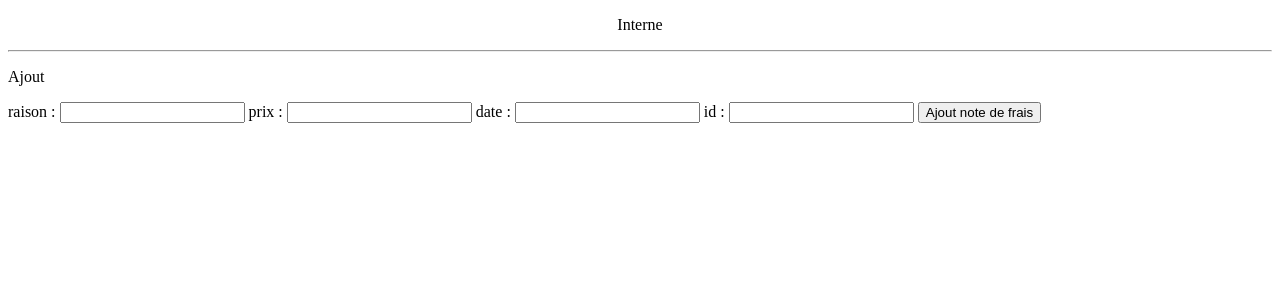
Repository: Shakibaei-2020/CRA_JEE_FINAL
Page: http://localhost/jee_crainfocom/ControleInterneGestionFrais
These files come from the project's save history. The page is drawn as it stood at one moment and after the next save; the edit follows.
The browser window is 1280 px wide. The pictures show the whole page.
The page is served by Tomcat 9. Other server files are loaded and not shown.

Above is the page before, as saved 2021-04-08 10:57:35.

### CRA_JEE_FINAL/jee_crainfocom/src/main/webapp/WEB-INF/AccueilInterne.jsp
<%@ page language="java" contentType="text/html; charset=ISO-8859-1"
    pageEncoding="ISO-8859-1"%>
<!DOCTYPE html>
<html>
<head>
<meta charset="ISO-8859-1">
<title>Insert title here</title>
</head>
<body>
<center><p>Interne</p></center>
<hr>
<p>Ajout</p>
<form method="post" action="ControleInterneGestionFrais" >

            <label for="raisonIn">raison : </label>
            <input type="text" name="raisonIn" id="raisonIn" />

            <label for="mailIn">prix : </label>
            <input type="text" name="prixIn" id="prixlIn" />

            <label for="dateIn">date : </label>
            <input type="text" name="dateIn" id="dateIn" />

   			<label for="idId">id : </label>
            <input type="text" name="idIn" id="idIn" />

            <input type="submit" value="Ajout note de frais" />
</form>


</body>
</html>

### CRA_JEE_FINAL/jee_crainfocom/src/main/java/com/infocom/controller/Collaborateur/ControleInterneGestionFrais.java
package com.infocom.controller.Collaborateur;
import java.io.IOException;
import java.sql.SQLException;
import java.text.ParseException;
import java.text.SimpleDateFormat;
import java.sql.Date;

import javax.servlet.ServletException;
import javax.servlet.annotation.WebServlet;
import javax.servlet.http.HttpServlet;
import javax.servlet.http.HttpServletRequest;
import javax.servlet.http.HttpServletResponse;
import com.infocom.model.NoteDeFrais;
import com.infocom.model.DAO.NoteDeFraisDAO;


@WebServlet("/ControleInterneGestionFrais")
public class ControleInterneGestionFrais extends HttpServlet {
	private static final long serialVersionUID = 1L;

    public ControleInterneGestionFrais() {
        super();
    }



	protected void doGet(HttpServletRequest request, HttpServletResponse response) throws ServletException, IOException {

        this.getServletContext().getRequestDispatcher("/WEB-INF/AccueilInterne.jsp").forward(request, response);
	}


	protected void doPost(HttpServletRequest request, HttpServletResponse response) throws ServletException, IOException {


		String buttonClicked = request.getParameter("button_clicked");

		if(buttonClicked != null) {
		switch(buttonClicked) {
		case "ajoutFrais":

			String raisonIn =request.getParameter("raisonIn");
	        Double prixIn = Double.parseDouble(request.getParameter("prixIn"));
	        String dateIn = request.getParameter("dateIn");
	        int idIn = Integer.parseInt(request.getParameter("idIn"));

	        Date date=Date.valueOf(dateIn);

	        NoteDeFrais noteDeFrais = new NoteDeFrais(5,raisonIn,prixIn,date, idIn);
	        NoteDeFraisDAO noteDeFraisDAO = new NoteDeFraisDAO();

			try {
				noteDeFraisDAO.insertFrais(noteDeFrais);
			} catch (SQLException e) {
				e.printStackTrace();
			}


			     this.doGet(request, response);
			     return;
			}

	}

		        this.getServletContext().getRequestDispatcher("/WEB-INF/AccueilInterne.jsp").forward(request, response);
	}

}

After the next save:
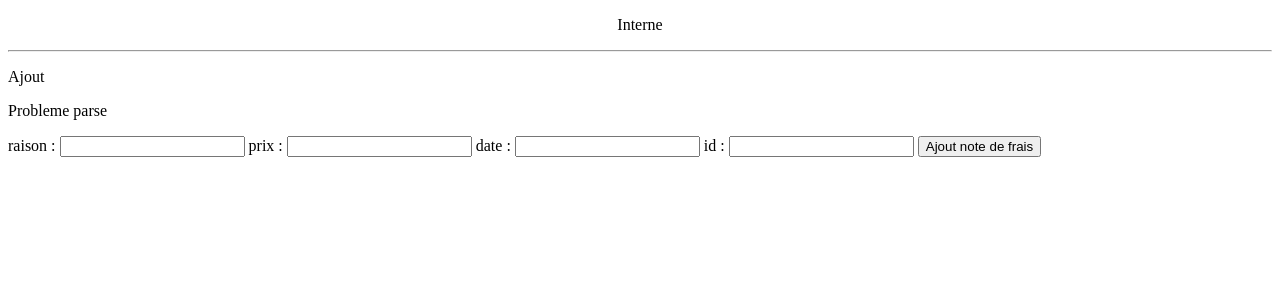
Saved 10 s later.
--- a/CRA_JEE_FINAL/jee_crainfocom/src/main/webapp/WEB-INF/AccueilInterne.jsp
+++ b/CRA_JEE_FINAL/jee_crainfocom/src/main/webapp/WEB-INF/AccueilInterne.jsp
@@ -9,7 +9,9 @@
 <body>
 <center><p>Interne</p></center>
 <hr>
-<p>Ajout</p>
+<p>Ajout</p><p> Probleme parse </p>
+
+
 <form method="post" action="ControleInterneGestionFrais" >
 
             <label for="raisonIn">raison : </label>
